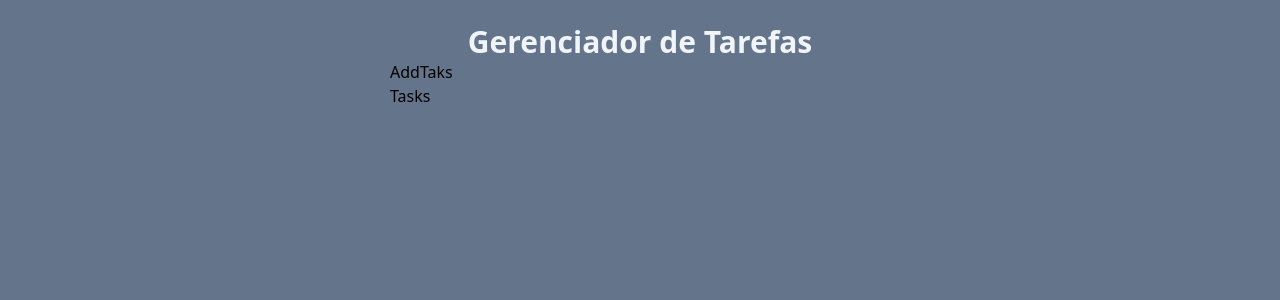
Repository: Rubenslourenco/task-manager-react
Page: /
An editor plug-in stored every save of this project. The page is shown before and after the next save, followed by the edit.
The browser window is 1280 px wide. The pictures show the whole page.
The project was rebuilt for these pictures with package versions that can differ from the ones it lists, and the page was loaded fresh each time. Also part of the build but not shown: vite.config.js.

Above is the page before, as saved 2025-01-30 15:51:27.

After the next save:
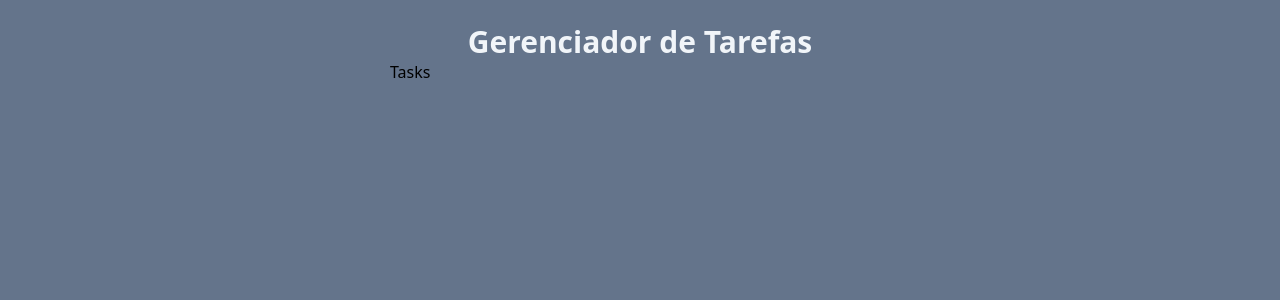
Saved 41 s later.
--- a/src/App.jsx
+++ b/src/App.jsx
@@ -8,7 +8,6 @@ function App() {
         <h1 className="text-3xl text-slate-100 font-bold text-center">
           Gerenciador de Tarefas
         </h1>
-        <AddTaks />
         <Tasks />
       </div>
     </div>
